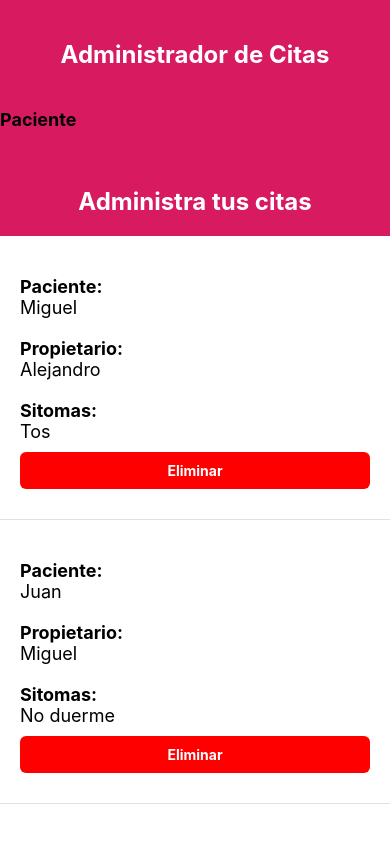
Repository: AleMicky/citas
Screen: /
An editor plug-in stored every save of this project. The screen is shown before and after the next save, followed by the edit.
An inner scrolling area shows only its first screen. The app was drawn by React Native's web renderer in a window 390 px wide. The project was rebuilt for these pictures with package versions that can differ from the ones it lists, and the page was loaded fresh each time.

Above is the screen before, as saved 2020-06-27 01:00:07.

After the next save:
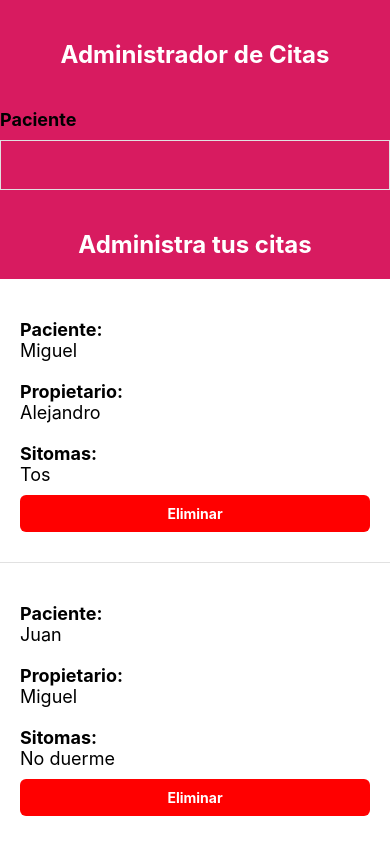
Saved 106 s later.
--- a/src/components/Formulario.js
+++ b/src/components/Formulario.js
@@ -6,7 +6,7 @@ const Formulario = () => {
         <>
             <View>
                 <Text style={styles.label}>Paciente</Text>
-                <TextInput
+                <TextInput style={styles.inpul}
 
                  />
             </View>
@@ -21,7 +21,13 @@ const styles = StyleSheet.create({
         fontSize:18,
         marginTop:20
     },
-    inpul:{}
+    inpul:{
+        marginTop:10,
+        height:50,
+        borderColor:'#e1e1e1',
+        borderWidth:1,
+        borderStyle:'solid'
+    }
 });
 
 export default Formulario;
